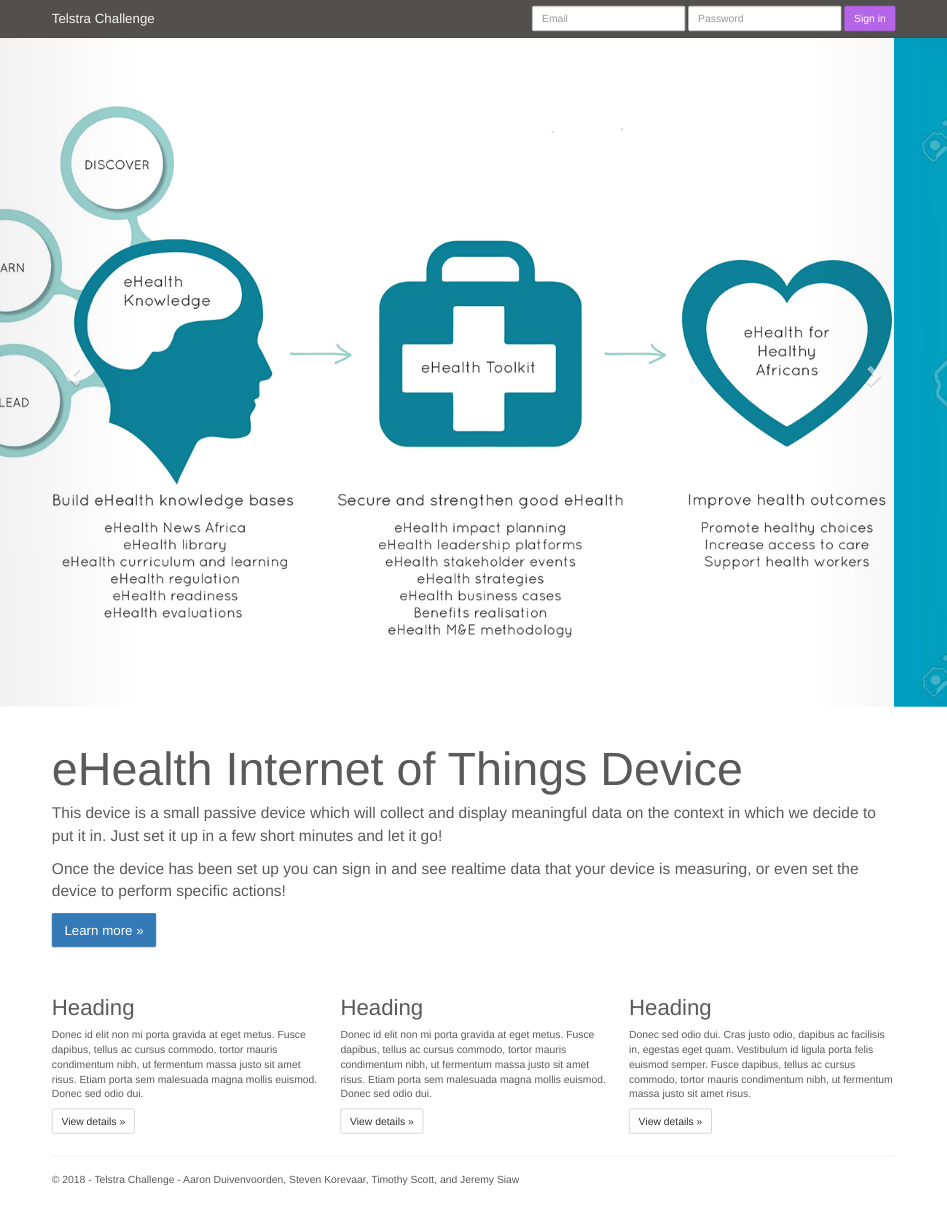
Repository: StevenKorevaar/as-design3181
Page: index.html
The author's editor kept a record of every edit. The page is drawn from the files as they stood at one moment, then again after the next edit.
The browser window is 1280 px wide. The pictures show the whole page, at 74% of full size.

Above is the page before.

After the next edit:
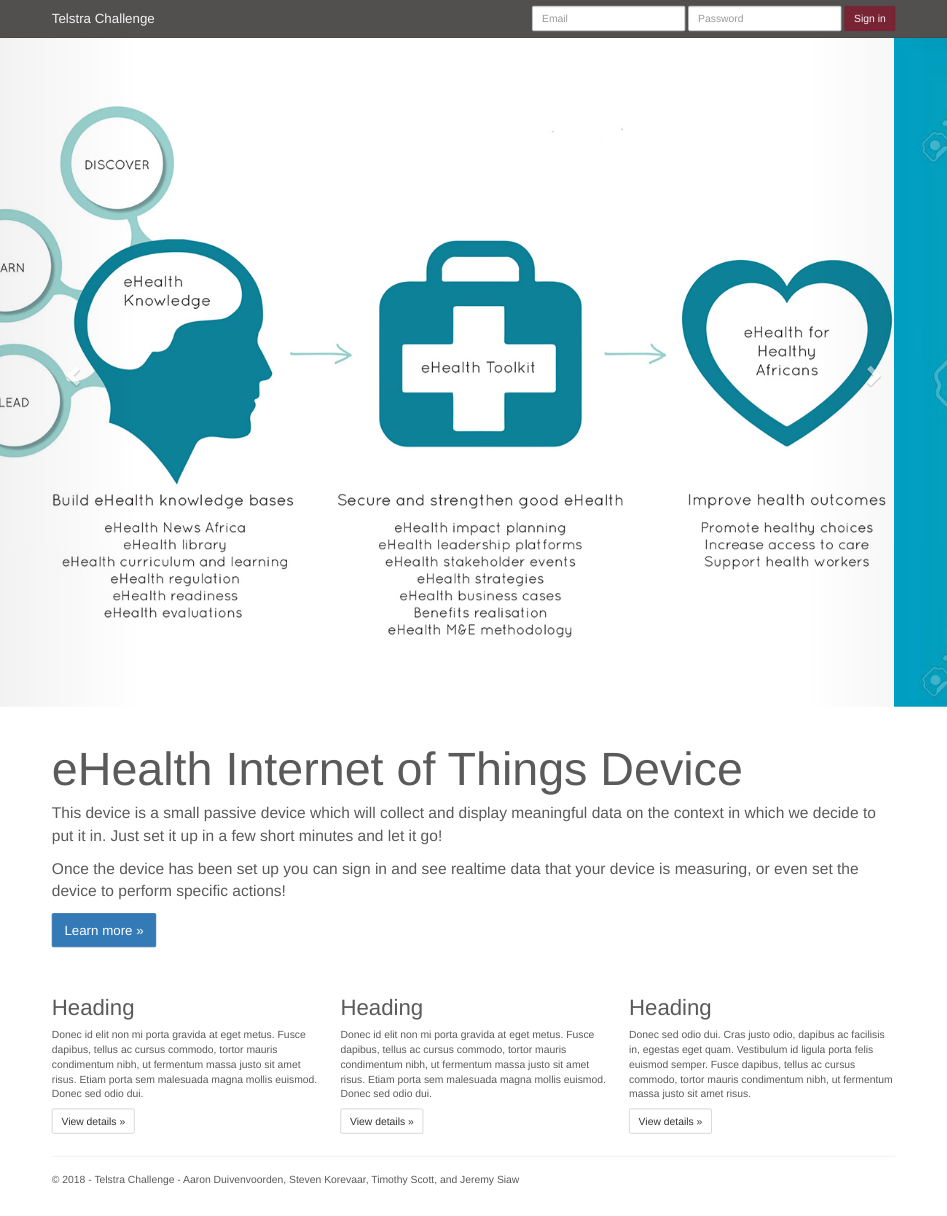
The edit:
--- a/index.html
+++ b/index.html
@@ -59,7 +59,7 @@
 	              <input type="password" placeholder="Password" class="form-control">
 	            </div>
 	            <!-- NAVBAR - LOGIN - SUBMIT BUTTON -->
-	            <button type="submit" class="btn btn-success">Sign in</button>
+	            <button type="submit" class="btn btn-darkred">Sign in</button>
 	          </form>
 	        </div><!--/.navbar-collapse -->
 	      </div>
